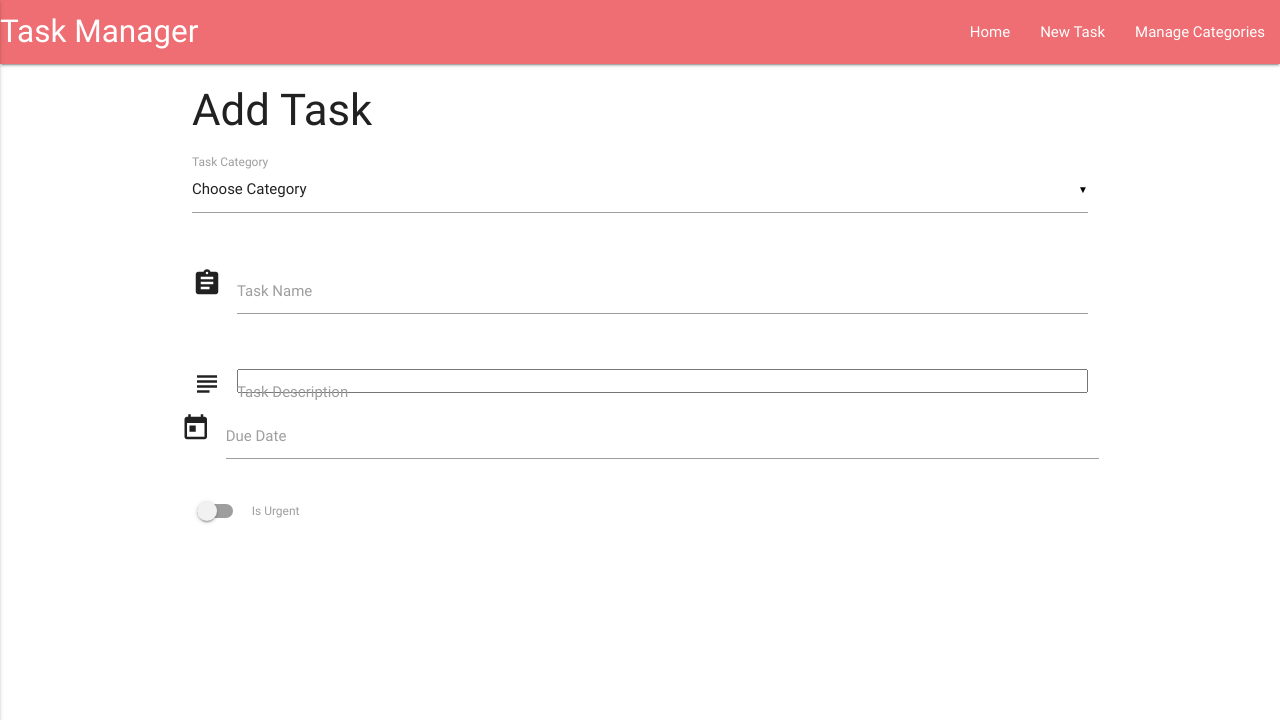
Repository: ALDrinkwater1989/task-manager
Page: http://localhost/add_task
The author's editor kept a record of every edit. The page is drawn from the files as they stood at one moment, then again after the next edit.
The browser window is 1280 px wide. The pictures show the whole page.
Some web libraries are served in a nearby version. The page is served by the project's application, run on Flask 3 (app.py). Queries for data that is not in the repository find no rows.

Above is the page before.

### templates/addtask.html
{% extends 'base.html' %}
{% block content %}

<h3>Add Task</h3>
<div class = "row">
      <div class="input-field col s12">
    <select id = "category" mame = "category_name">
      <option value="" disabled selected>Choose Category</option>
      {% for cat in categories %}
      <option value="{{cat.category_name}}">{{cat.category_name}}</option>
      {% endfor %}
    </select>
    <label>Task Category</label>
  </div>

</div>
 <div class="row">
    <form action = "" method = "POST" class="col s12">
      <div class="row">
        <div class="input-field col s12">
          <i class="material-icons prefix">assignment</i>
          <input id="task_name" name = "task_name" type="text" class="validate">
          <label for="icon_prefix">Task Name</label>
        </div>
        </div>
        <div class = "row">
        <div class="input-field col s12">
          <i class="material-icons prefix">subject</i>
          <input id="task_description" type="textarea" name = "task_description" class="materialize-textarea">
          <label for="icon_telephone">Task Description</label>
        </div>
      </div>
      <div class = "row">
          <div class = "input-field cls s12">
              <i class = "material-icons prefix">today</i>
            <input id = "due_date" name = "due_date" type="text" class="datepicker">
            <label for "icon_prefix">Due Date</label>
      </div>
      </div>
      <div class = "row">
          <div class="switch">
    <label>

      <input id = "is_urgent" name = "is_urgent" type="checkbox">
      <span class="lever"></span>
      Is Urgent
    </label>
  </div>
      </div>

    </form>
  </div>

{% endblock %}

### templates/base.html
<!DOCTYPE html>
<html lang="en">

<head>
    <link href="https://fonts.googleapis.com/icon?family=Material+Icons" rel="stylesheet">
    <link rel="stylesheet" href="https://cdnjs.cloudflare.com/ajax/libs/materialize/0.100.2/css/materialize.min.css">
    <link rel="stylesheet" href="{{url_for('static', filename = 'css/style.css')}}" type="text/css" />
</head>

<body>
    <header>
        <nav>
                <div class="nav-wrapper">
                <a href="{{url_for('get_tasks')}}" class="brand-logo">Task Manager</a>
                <a href="#" data-activates="mobile-demo" class="button-collapse"><i class="material-icons">menu</i></a>
                <ul id="nav-mobile" class="right hide-on-med-and-down">
                    <li><a href="{{url_for('get_tasks')}}">Home</a></li>
                    <li><a href="{{url_for('add_task')}}">New Task</a></li>
                    <li><a href="{{url_for('get_categories')}}">Manage Categories</a></li>
                </ul>
                  <ul class="side-nav" id="mobile-demo">
                    <li><a href="{{url_for('get_tasks')}}">Home</a></li>
                    <li><a href="{{url_for('add_task')}}">New Task</a></li>
                    <li><a href="{{url_for('get_categories')}}">Manage Categories</a></li>
                </ul>
            </div>
        </nav>
    </header>
    <div class="container">


        {%block content%} {% endblock %}
    </div>
    <script src="https://cdnjs.cloudflare.com/ajax/libs/jquery/3.2.1/jquery.min.js"></script>
    <script src="https://cdnjs.cloudflare.com/ajax/libs/materialize/0.100.2/js/materialize.min.js"></script>
    <script type="text/javascript">
        $(document).ready(function() {
            $('.collapsible').collapsible();
            $('select').material_select();
            $(".button-collapse").sideNav();
        });
        $('.datepicker').pickadate({
            selectMonths: true, // Creates a dropdown to control month
            selectYears: 15, // Creates a dropdown of 15 years to control year,
            today: 'Today',
            clear: 'Clear',
            close: 'Ok',
            closeOnSelect: false // Close upon selecting a date,
        });
    </script>

</body>

</html>

### app.py
import os
from flask import Flask, render_template, redirect, request, url_for
from flask_pymongo import PyMongo
from bson.objectid import ObjectId


app = Flask(__name__)

app.config["MONGO_DBNAME"] = 'task_manager'
app.config['MONGO_URI'] = 'mongodb+srv://root:rootUser@myfirstcluster-lrum9.mongodb.net/task_manager?retryWrites=true&w=majority'

mongo = PyMongo(app)

@app.route('/')
@app.route('/get_tasks')
def get_tasks():
    return render_template("tasks.html", tasks=mongo.db.tasks.find())

@app.route('/add_task')
def add_task():
    return render_template('addtask.html', categories=mongo.db.categories.find())



@app.route('/insert_task', methods =['POST'])
def insert_task():
    tasks = mongo.db.tasks
    tasks.insert_one(request.form.to_dict())
    return redirect(url_for('get_tasks'))

@app.route('/edit_task/<task_id>')
def edit_task(task_id):
    _task = mongo.db.tasks.find_one({"_id":ObjectId(task_id)})
    _categories = mongo.db.categories.find()
    category_list = [category for category in _categories]
    return render_template('edittask.html', task = _task, categories=category_list)

@app.route('/update_task/<task_id>', methods=["POST"])
def update_task(task_id):
    tasks = mongo.db.tasks
    tasks.update( {'_id': ObjectId(task_id)},
    {
        'task_name':request.form.get('task_name'),
        'category_name':request.form.get('category_name'),
        'task_description': request.form.get('task_description'),
        'due_date': request.form.get('due_date'),
        'is_urgent':request.form.get('is_urgent')
    })
    return redirect(url_for('get_tasks'))

@app.route('/delete_task/<task_id>')
def delete_task(task_id):
    mongo.db.tasks.remove({'_id': ObjectId(task_id)})
    return redirect(url_for('get_tasks'))

@app.route('/get_categories')
def get_categories():
    return render_template('categories.html', categories=mongo.db.categories.find())

@app.route('/edit_category/<category_id>')
def edit_category(category_id):
    return render_template('editcategory.html',
    category=mongo.db.categories.find_one({'_id': ObjectId()}))

@app.route('/update_category/>category_id>', methods = ['POST'])
def update_category(category_id):
    mongo.db.categories.update({'_id': ObjectId(category_id)},
    {'category_name': request.form.grt['category_name']})
    return redirect(url_for('get.categories'))


@app.route('/delete_category/<category_id>')
def delete_category(category_id):
    mongo.db.categories.remove({'_id': ObjectId(category_id)})
    return redirect(url_for('get_categories'))

@app.route('/insert_category', methods = ['POST'])
def insert_category():
    categories = monogo.db.categories
    category_doc = {'categorry_name': request.form.get['category_name']}
    categories.insert_one(category_doc)
    return redirect(url_for('get_categories'))


if __name__ =='__main__':
    app.run(host=os.environ.get('IP'),
        port=int(os.environ.get('PORT')),
        debug= True)

### static/css/style.css
.btn_small{
    height: 24px;
    width: 60px;
    line-height: 24px;
    margin: 5px 5px;
    padding: 0 0.5em;
}

.task-header{
    margin-top: 500px;

}

After the next edit:
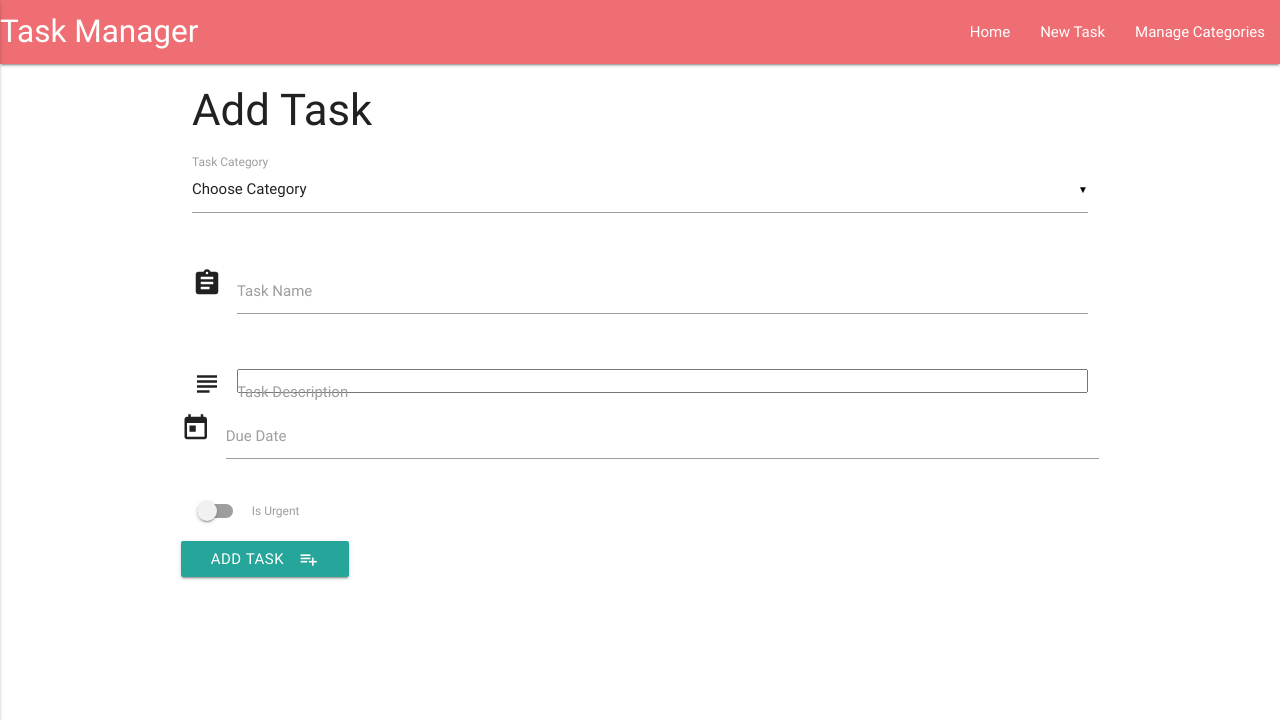
The edit:
--- a/templates/addtask.html
+++ b/templates/addtask.html
@@ -1,54 +1,60 @@
-{% extends 'base.html' %}
-{% block content %}
+{% extends 'base.html' %} {% block content %}
 
 <h3>Add Task</h3>
-<div class = "row">
-      <div class="input-field col s12">
-    <select id = "category" mame = "category_name">
+<div class="row">
+    <div class="input-field col s12">
+        <select id="category" mame="category_name">
       <option value="" disabled selected>Choose Category</option>
       {% for cat in categories %}
       <option value="{{cat.category_name}}">{{cat.category_name}}</option>
       {% endfor %}
     </select>
-    <label>Task Category</label>
-  </div>
+        <label>Task Category</label>
+    </div>
 
 </div>
- <div class="row">
-    <form action = "" method = "POST" class="col s12">
-      <div class="row">
-        <div class="input-field col s12">
-          <i class="material-icons prefix">assignment</i>
-          <input id="task_name" name = "task_name" type="text" class="validate">
-          <label for="icon_prefix">Task Name</label>
+<div class="row">
+    <form action="" method="POST" class="col s12">
+        <div class="row">
+            <div class="input-field col s12">
+                <i class="material-icons prefix">assignment</i>
+                <input id="task_name" name="task_name" type="text" class="validate">
+                <label for="icon_prefix">Task Name</label>
+            </div>
         </div>
+        <div class="row">
+            <div class="input-field col s12">
+                <i class="material-icons prefix">subject</i>
+                <input id="task_description" type="textarea" name="task_description" class="materialize-textarea">
+                <label for="icon_telephone">Task Description</label>
+            </div>
         </div>
-        <div class = "row">
-        <div class="input-field col s12">
-          <i class="material-icons prefix">subject</i>
-          <input id="task_description" type="textarea" name = "task_description" class="materialize-textarea">
-          <label for="icon_telephone">Task Description</label>
+        <div class="row">
+            <div class="input-field cls s12">
+                <i class="material-icons prefix">today</i>
+                <input id="due_date" name="due_date" type="text" class="datepicker">
+                <label for "icon_prefix">Due Date</label>
+            </div>
         </div>
-      </div>
-      <div class = "row">
-          <div class = "input-field cls s12">
-              <i class = "material-icons prefix">today</i>
-            <input id = "due_date" name = "due_date" type="text" class="datepicker">
-            <label for "icon_prefix">Due Date</label>
-      </div>
-      </div>
-      <div class = "row">
-          <div class="switch">
-    <label>
+        <div class="row">
+            <div class="switch">
+                <label>
 
       <input id = "is_urgent" name = "is_urgent" type="checkbox">
       <span class="lever"></span>
       Is Urgent
     </label>
-  </div>
-      </div>
+            </div>
+        </div>
+        <div class="row">
+
+            <button class="btn waves-effect waves-light" type="submit" name="action">Add Task
+    <i class="material-icons right">playlist_add</i>
+  </button>
+
+        </div>
 
     </form>
-  </div>
+</div>
 
 {% endblock %}
